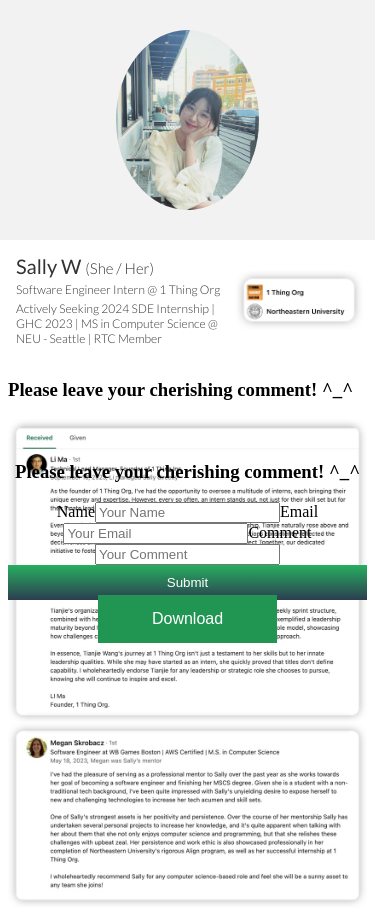
Repository: tianjiewang2022/digital-namecard
Page: recommendation_page.html
An editor plug-in stored every save of this project. The page is shown before and after the next save, followed by the edit.
The browser window is 375 px wide. The pictures show the whole page.
Some web fonts or font styles are not loaded; a fallback is used.

Above is the page before, as saved 2023-10-16 00:00:26.

After the next save:
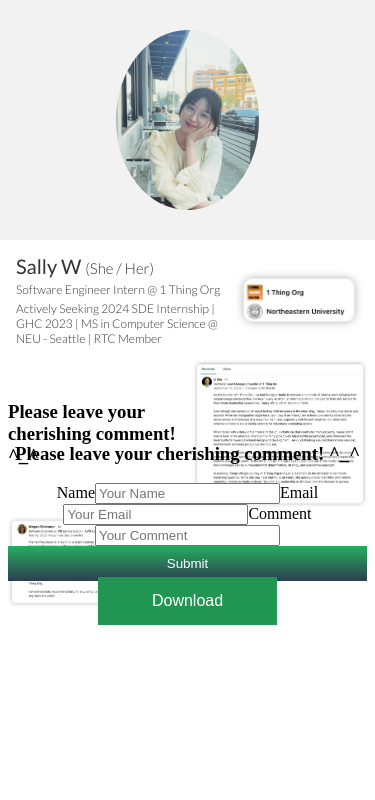
Saved 15 s later.
--- a/main.css
+++ b/main.css
@@ -240,4 +240,18 @@
 		background-color: #f2f2f2;
 	}
 
-}
+	.grid-container {
+		display: grid;
+		grid-template-columns: repeat(2, 1fr);
+		/* Two columns with equal width */
+		gap: 10px;
+		/* Add some spacing between grid items */
+		align-items: center;
+	}
+
+	.grid-item {
+		text-align: center;
+	}
+
+
+}
